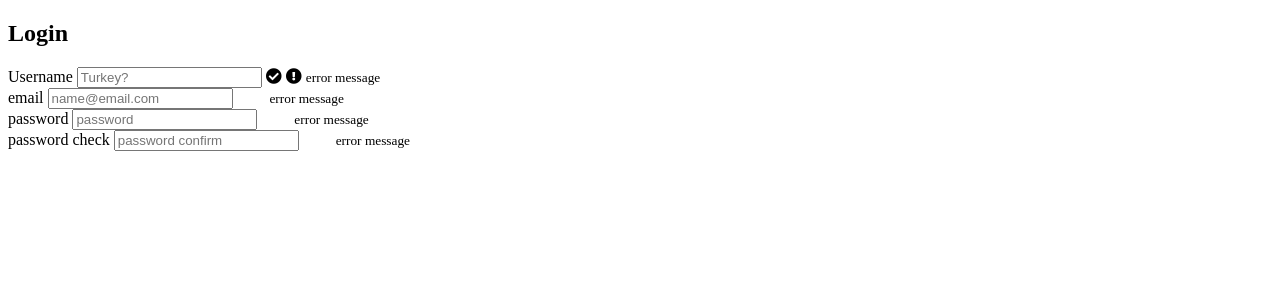
Repository: Abdoulrhman-altyeb/form-_validation-
Page: index.html
An editor plug-in stored every save of this project. The page is shown before and after the next save, followed by the edit.
The browser window is 1280 px wide. The pictures show the whole page.

Above is the page before, as saved 2021-05-23 20:40:42.

After the next save:
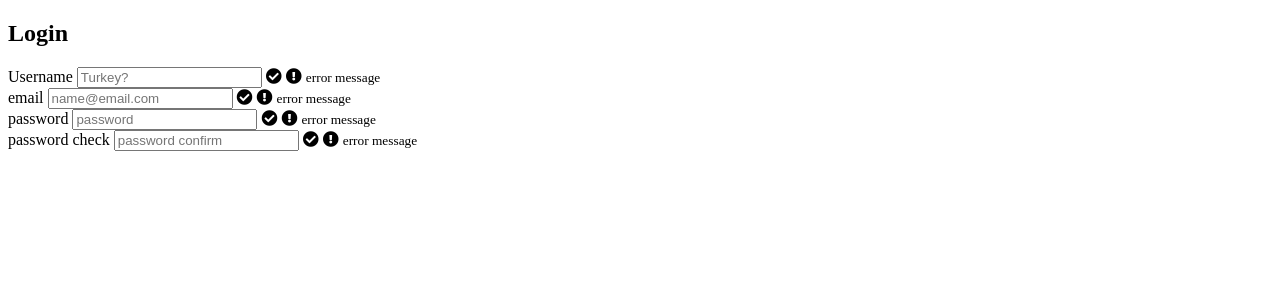
Saved 8 s later.
--- a/index.html
+++ b/index.html
@@ -25,22 +25,22 @@
             <div class="form-control">
                 <label for="email">email</label>
                 <input type="email" placeholder="name@email.com" id="email">
-                <i class="fad fa-check-circle"></i>
-                <i class="fad fa-exclamation-circle"></i>
+                <i class="fa fa-check-circle"></i>
+                <i class="fa fa-exclamation-circle"></i>
                 <small>error message</small>
             </div>
             <div class="form-control">
                 <label for="password">password</label>
                 <input type="password" placeholder="password" id="password">
-                <i class="fad fa-check-circle"></i>
-                <i class="fad fa-exclamation-circle"></i>
+                <i class="fa fa-check-circle"></i>
+                <i class="fa fa-exclamation-circle"></i>
                 <small>error message</small>
             </div>
             <div class="form-control">
                 <label for="password2">password check</label>
                 <input type="password" placeholder="password confirm" id="password2">
-                <i class="fad fa-check-circle"></i>
-                <i class="fad fa-exclamation-circle"></i>
+                <i class="fa fa-check-circle"></i>
+                <i class="fa fa-exclamation-circle"></i>
                 <small>error message</small>
             </div>
         </form>
